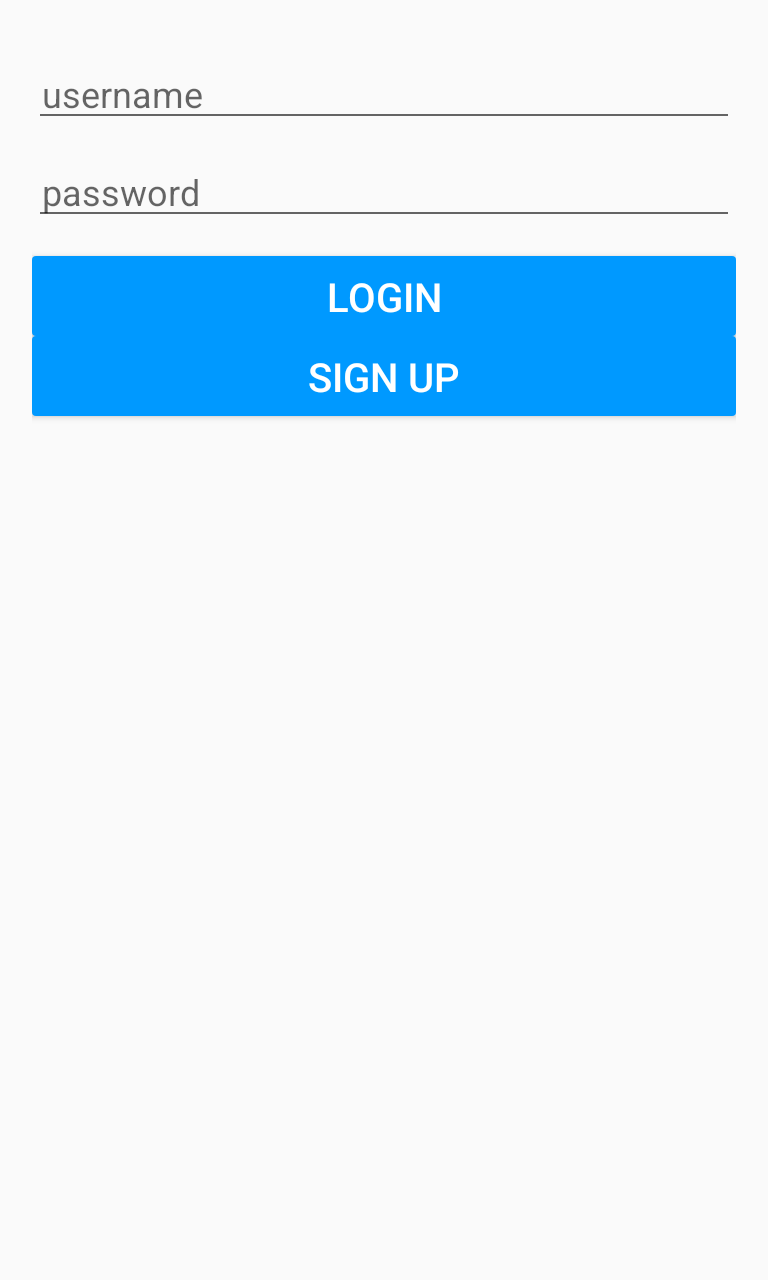
Repository: israelhill/Noteworthy
Layout: Noteworthy/res/layout/fragment_main.xml
The author's editor kept a copy of each file at every save. The layout is drawn from the files as they stood at one save, then again after the next save.
It is drawn on a 768 x 1280 px phone screen (xhdpi) without system bars, with theme AppTheme; the app's code is not run.

Above is the layout before, as saved 2014-09-06 10:33:04.

### Noteworthy/res/layout/fragment_main.xml
<LinearLayout xmlns:android="http://schemas.android.com/apk/res/android"
    xmlns:tools="http://schemas.android.com/tools"
    android:layout_width="match_parent"
    android:layout_height="match_parent"
    android:paddingBottom="@dimen/activity_vertical_margin"
    android:paddingLeft="@dimen/activity_horizontal_margin"
    android:paddingRight="@dimen/activity_horizontal_margin"
    android:paddingTop="@dimen/activity_vertical_margin"
    tools:context="com.noteworthy.MainActivity$PlaceholderFragment"
    android:orientation="vertical">

<EditText
    android:id="@+id/username"
    android:layout_width="match_parent"
    android:layout_height="40dp"
    android:hint="@string/username"
    android:layout_marginBottom="9dp"
    android:layout_marginTop="10dp"
    android:paddingLeft="5dp"/>

<EditText
    android:id="@+id/password"
    android:layout_width="match_parent"
    android:layout_height="40dp"
    android:hint="@string/password"
    android:inputType="textPassword"
    android:paddingLeft="5dp"
    android:layout_marginBottom="13dp"/>

<Button
    android:id="@+id/login"
    android:layout_width="match_parent"
    android:layout_height="40dp"
    android:background="@drawable/login_button"
    android:text="@string/login"
    android:textSize="20sp"
    android:textColor="@color/white"
    android:layout_gravity="center"/>
<Button
    android:id="@+id/signup"
    android:layout_width="match_parent"
    android:layout_height="40dp"
    android:background="@drawable/login_button"
    android:text="@string/signup"
    android:textSize="20sp"
    android:textColor="@color/white"
    android:layout_gravity="center"/>


</LinearLayout>

### Noteworthy/res/values/strings.xml
<?xml version="1.0" encoding="utf-8"?>
<resources>

    <string name="app_name">Noteworthy</string>
    <string name="hello_world">Hello world!</string>
    <string name="action_settings">Settings</string>
    <string name="username">username</string>
    <string name="password">password</string>
    <string name="login">Login</string>
    <string name="signup">Sign Up</string>

</resources>

### Noteworthy/res/drawable/login_button.xml
<?xml version="1.0" encoding="utf-8"?>
<shape xmlns:android="http://schemas.android.com/apk/res/android"
    android:name="rectangle" >

    <corners
        android:radius="2dp"/>
    <solid
        android:color="@color/blue"/>


</shape>

### Noteworthy/res/values/color.xml
<?xml version="1.0" encoding="utf-8"?>
<resources>
    <color name="blue">#0099FF</color>
    <color name="white">#ffffff</color>
    <color name="gray">#C2C2C2</color>

</resources>

Loaded but not shown: Noteworthy/res/values/styles.xml (common file); Noteworthy/res/values-v11/styles.xml (common file); Noteworthy/res/values-v14/styles.xml (common file); Noteworthy/res/values/dimens.xml (common file); Noteworthy/res/values-w820dp/dimens.xml (common file)

After the next save:
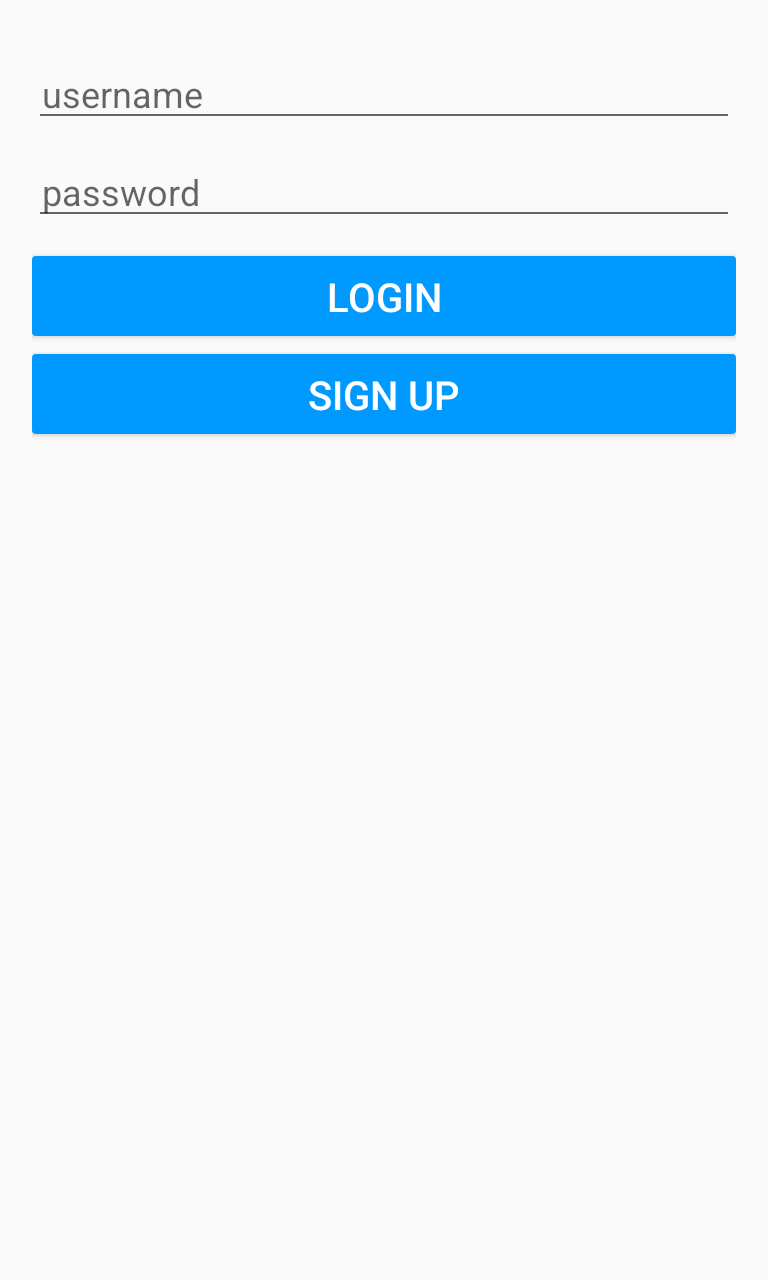
Saved 46 s later.
--- a/Noteworthy/res/layout/fragment_main.xml
+++ b/Noteworthy/res/layout/fragment_main.xml
@@ -35,7 +35,8 @@
     android:text="@string/login"
     android:textSize="20sp"
     android:textColor="@color/white"
-    android:layout_gravity="center"/>
+    android:layout_gravity="center"
+    android:layout_marginBottom="9dp"/>
 <Button
     android:id="@+id/signup"
     android:layout_width="match_parent"
